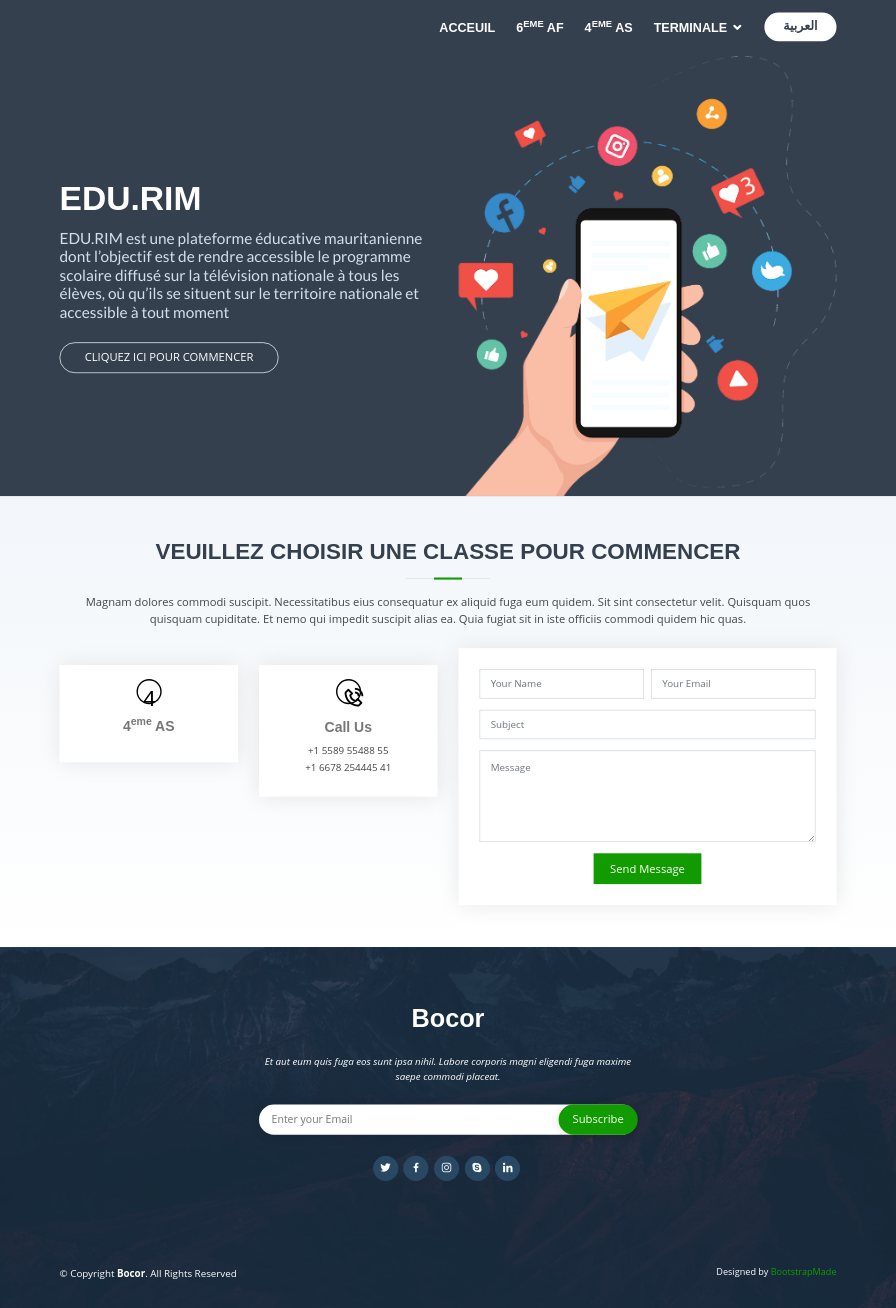
Repository: athiemohamed/courat
Page: http://localhost/
An editor plug-in stored every save of this project. The page is shown before and after the next save, followed by the edit.
The browser window is 1280 px wide. The pictures show the whole page, at 70% of full size.
Some web fonts or font styles are not loaded; a fallback is used. The page is run by PHP 8.4 with error messages shown; the project is at /var/www/html/. Other server files are loaded and not shown.

Above is the page before, as saved 2020-03-26 12:59:43.

### assets/css/style.css
/*--------------------------------------------------------------
# General
--------------------------------------------------------------*/
body {
  font-family: "Open Sans", sans-serif;
  color: #444444;
}

a {
  color: #129b00;
}

a:hover {
  color: #129b00;
  text-decoration: none;
}

h1, h2, h3, h4, h5, h6 {
  font-family: "Raleway", sans-serif;
}

/*--------------------------------------------------------------
# Back to top button
--------------------------------------------------------------*/
.back-to-top {
  position: fixed;
  display: none;
  width: 40px;
  height: 40px;
  border-radius: 50px;
  right: 15px;
  bottom: 15px;
  background: #129b00;
  color: #fff;
  transition: display 0.5s ease-in-out;
  z-index: 99999;
  transition: all ease-in-out 0.3s;
}

.back-to-top i {
  font-size: 24px;
  position: absolute;
  top: 8px;
  left: 8px;
}

.back-to-top:hover {
  color: #fff;
  background: #129b00;
}

/*--------------------------------------------------------------
# Header
--------------------------------------------------------------*/
#header {
  height: 80px;
  transition: all 0.5s;
  z-index: 997;
  transition: all 0.5s;
  padding: 16px 0;
  background: #35404f;
}

#header .logo h1 {
  font-size: 24px;
  margin: 0;
  padding: 10px 0;
  line-height: 1;
  font-weight: 700;
  letter-spacing: 3px;
  text-transform: uppercase;
  font-family: "Poppins", sans-serif;
}

#header .logo h1 a, #header .logo h1 a:hover {
  color: #fff;
  text-decoration: none;
}

#header .logo h1 a span, #header .logo h1 a:hover span {
  color: #129b00;
}

#header .logo img {
  padding: 0;
  margin: 0;
  max-height: 40px;
}

/*--------------------------------------------------------------
# Navigation Menu
--------------------------------------------------------------*/
/* Desktop Navigation */
.nav-menu, .nav-menu * {
  margin: 0;
  padding: 0;
  list-style: none;
}

.nav-menu > ul > li {
  position: relative;
  white-space: nowrap;
  float: left;
}

.nav-menu ul {
  border-radius: 6px;
}

.nav-menu a {
  display: block;
  position: relative;
  color: #fff;
  font-weight: bold;
  padding: 10px 15px;
  transition: 0.3s;
  font-size: 18px;
  font-family: 'Cairo', sans-serif;
  font-weight: bold;
}

.nav-menu a:hover, .nav-menu .active > a, .nav-menu li:hover > a {
  color: #fff;
  text-decoration: none;
}

.nav-menu .get-started a {
  background: #fff;
  font-size: 18px;
  font-family: 'Cairo', sans-serif;
  color: #35404f;
  border-radius: 50px;
  margin: 2px 0 0 15px;
  padding: 4px 25px 6px 25px;
  border: 2px solid #fff;
}

.nav-menu .get-started a:hover {
  background: #35404f;
  color: #fff;
  border: 1px solid #fff;
}

.nav-menu .drop-down ul {
  display: block;
  position: absolute;
  left: 0;
  top: calc(100% - 30px);
  z-index: 99;
  opacity: 0;
  visibility: hidden;
  padding: 10px 0;
  background: #fff;
  box-shadow: 0px 0px 30px rgba(127, 137, 161, 0.25);
  transition: ease all 0.3s;
}

.nav-menu .drop-down:hover > ul {
  opacity: 1;
  top: 100%;
  visibility: visible;
}

.nav-menu .drop-down li {
  min-width: 180px;
  position: relative;
}

.nav-menu .drop-down ul a {
  padding: 10px 20px;
  font-size: 14px;
  font-weight: 500;
  text-transform: none;
  color: #35404f;
}

.nav-menu .drop-down ul a:hover, .nav-menu .drop-down ul .active > a, .nav-menu .drop-down ul li:hover > a {
  color: #129b00;
}

.nav-menu .drop-down > a:after {
  content: "\ea99";
  font-family: IcoFont;
  padding-left: 5px;
}

.nav-menu .drop-down .drop-down ul {
  top: 0;
  left: calc(100% - 30px);
}

.nav-menu .drop-down .drop-down:hover > ul {
  opacity: 1;
  top: 0;
  left: 100%;
}

.nav-menu .drop-down .drop-down > a {
  padding-right: 35px;
}

.nav-menu .drop-down .drop-down > a:after {
  content: "\eaa0";
  font-family: IcoFont;
  position: absolute;
  right: 15px;
}

@media (max-width: 1366px) {
  .nav-menu .drop-down .drop-down ul {
    left: -90%;
  }
  .nav-menu .drop-down .drop-down:hover > ul {
    left: -100%;
  }
  .nav-menu .drop-down .drop-down > a:after {
    content: "\ea9d";
  }
}

/* Mobile Navigation */
.mobile-nav-toggle {
  position: fixed;
  right: 15px;
  top: 15px;
  z-index: 9998;
  border: 0;
  background: none;
  font-size: 24px;
  transition: all 0.4s;
  outline: none !important;
  line-height: 1;
  cursor: pointer;
  text-align: right;
}

.mobile-nav-toggle i {
  color: #fff;
}

.mobile-nav {
  position: fixed;
  top: 55px;
  right: 15px;
  bottom: 15px;
  left: 15px;
  z-index: 9999;
  overflow-y: auto;
  background: #fff;
  transition: ease-in-out 0.2s;
  opacity: 0;
  visibility: hidden;
  border-radius: 10px;
  padding: 10px 0;
}

.mobile-nav * {
  margin: 0;
  padding: 0;
  list-style: none;
}

.mobile-nav a {
  display: block;
  position: relative;
  color: #35404f;
  text-align: center;
  font-family: 'Cairo', sans-serif;
  font-weight: bold;
  padding: 10px 20px;
  outline: none;
  transition: 0.3s;
}

.mobile-nav a:hover, .mobile-nav .active > a, .mobile-nav li:hover > a {
  color: #129b00;
  text-decoration: none;
}

.mobile-nav .drop-down > a:after {
  content: "\ea99";
  font-family: IcoFont;
  padding-left: 10px;
  position: absolute;
  right: 15px;
}

.mobile-nav .active.drop-down > a:after {
  content: "\eaa1";
}

.mobile-nav .drop-down > a {
  text-align: center;
  font-family: 'Cairo', sans-serif;
  font-weight: bold;
}

.mobile-nav .drop-down ul {
  display: none;
  overflow: hidden;
}

.mobile-nav .drop-down li {
  text-align: center;
  font-family: 'Cairo', sans-serif;
}

.mobile-nav .get-started a {
  background: #35404f;
  color: #fff;
  font-family: 'Cairo', sans-serif;
  border-radius: 50px;
  margin: 15px;
  padding: 8px 25px 10px 25px;
  text-align: center;
}

.mobile-nav .get-started a:hover {
  background: #fff;
  color: #35404f;
  border: 1px solid #35404f;
}

.mobile-nav-overly {
  width: 100%;
  height: 100%;
  z-index: 9997;
  top: 0;
  left: 0;
  position: fixed;
  background: rgba(18, 33, 46, 0.6);
  overflow: hidden;
  display: none;
  transition: ease-in-out 0.2s;
}

.mobile-nav-active {
  overflow: hidden;
}

.mobile-nav-active .mobile-nav {
  opacity: 1;
  visibility: visible;
}

.mobile-nav-active .mobile-nav-toggle i {
  color: #fff;
}

/*--------------------------------------------------------------
# Hero Section
--------------------------------------------------------------*/
#hero {
  width: 100%;
  padding: 0 0 0 0;
  background: #35404f;
  background: linear-gradient(180deg, #35404f 0%, #35404f 35%, #35404f 100%);
}

#hero h1 {
  margin: 0 0 15px 0;
  font-size: 48px;
  font-weight: 700;
  line-height: 56px;
  color: #fff;
  font-family: "Cairo", sans-serif;
}

#hero h2 {
  font-family: 'Lato', sans-serif;
  color: #d2e0ed;
  margin-bottom: 30px;
  font-size: 22px;
}

#hero .btn-get-started {
  color: #fff;
  border-radius: 50px;
  padding: 8px 35px 10px 35px;
  border: 1px solid #fff;
  transition: all ease-in-out 0.3s;
  display: inline-block;
  background: #35404f;
}

#hero .btn-get-started:hover {
  background: #fff;
  color: #35404f;
}

@media (max-width: 991px) {
  #hero .hero-img {
    text-align: center;
  }
  #hero .hero-img img {
    width: 50%;
  }
}

@media (max-width: 768px) {
  #hero {
    -moz-text-align-last: center;
    text-align-last: center;
  }
  #hero h1 {
    font-size: 28px;
    line-height: 36px;
  }
  #hero h2 {
    font-size: 18px;
    line-height: 24px;
    margin-bottom: 30px;
  }
  #hero .hero-img img {
    width: 70%;
  }
}

@media (max-width: 575px) {
  #hero .hero-img img {
    width: 80%;
  }
}

/*--------------------------------------------------------------
# Sections General
--------------------------------------------------------------*/
section {
  padding: 60px 0;
  overflow: hidden;
}

.section-bg {
  background: linear-gradient(180deg, #f2f6fa 0%, #fff 100%);
}

.section-title {
  text-align: center;
  padding-bottom: 30px;
}

.section-title h2 {
  font-size: 32px;
  font-weight: 600;
  text-transform: uppercase;
  margin-bottom: 20px;
  padding-bottom: 20px;
  position: relative;
  font-family: "Poppins", sans-serif;
  color: #35404f;
}

.section-title h2::before {
  content: '';
  position: absolute;
  display: block;
  width: 120px;
  height: 1px;
  background: #ddd;
  bottom: 1px;
  left: calc(50% - 60px);
}

.section-title h2::after {
  content: '';
  position: absolute;
  display: block;
  width: 40px;
  height: 3px;
  background: #129b00;
  bottom: 0;
  left: calc(50% - 20px);
}

.section-title p {
  margin-bottom: 0;
}

/*--------------------------------------------------------------
# Clients
--------------------------------------------------------------*/
.clients {
  padding: 0;
}

.clients .client-logo {
  display: flex;
  justify-content: center;
  align-items: center;
  overflow: hidden;
  height: 120px;
}

.clients .client-logo img {
  height: 40px;
}

.clients .client-logo:hover img {
  transform: scale(1.2);
}

.clients img {
  transition: all 0.4s ease-in-out;
}

/*--------------------------------------------------------------
# About
--------------------------------------------------------------*/
.about .content {
  padding: 30px 0;
}

.about .content h3 {
  font-weight: 700;
  font-size: 34px;
  color: #35404f;
}

.about .content p {
  margin-bottom: 0;
}

.about .content .icon-box {
  margin-top: 25px;
}

.about .content .icon-box h4 {
  font-size: 20px;
  font-weight: 700;
  margin: 5px 0 10px 60px;
  color: #35404f;
}

.about .content .icon-box h4 a {
  color: #35404f;
  transition: 0.3s;
}

.about .content .icon-box h4 a:hover {
  color: #129b00;
}

.about .content .icon-box i {
  font-size: 48px;
  float: left;
  color: #129b00;
}

.about .content .icon-box p {
  font-size: 15px;
  color: #848484;
  margin-left: 60px;
}

.about .image {
  background: url("../img/about.jpg") center center no-repeat;
  background-size: cover;
  min-height: 400px;
}

@media (max-width: 667px) {
  .about .image img {
    max-width: 100%;
  }
}

/*--------------------------------------------------------------
# Services
--------------------------------------------------------------*/
.services {
  padding-bottom: 40px;
}

.services .card {
  border: 0;
  padding: 0 30px;
  margin-bottom: 60px;
  position: relative;
  background: transparent;
}

.services .card-img {
  width: calc(100% + 60px);
  margin-left: -30px;
  overflow: hidden;
  z-index: 9;
  border-radius: 0;
}

.services .card-img img {
  max-width: 100%;
  transition: all 0.3s ease-in-out;
}

.services .card-body {
  z-index: 10;
  background: #fff;
  border-top: 4px solid #fff;
  padding: 30px;
  box-shadow: 0px 2px 15px rgba(0, 0, 0, 0.1);
  margin-top: -60px;
  transition: 0.3s;
}

.services .card-title {
  font-weight: 700;
  text-align: center;
  margin-bottom: 20px;
}

.services .card-title a {
  color: #35404f;
  transition: 0.3s;
}

.services .card-text {
  color: #5e5e5e;
}

.services .read-more a {
  color: #777777;
  text-transform: uppercase;
  font-weight: 600;
  font-size: 12px;
  transition: 0.3s;
}

.services .read-more a:hover {
  color: #129b00;
}

.services .card:hover img {
  transform: scale(1.1);
}

.services .card:hover .card-body {
  border-color: #129b00;
}

.services .card:hover .card-body .card-title a {
  color: #129b00;
}

/*--------------------------------------------------------------
# Features
--------------------------------------------------------------*/
.features .content + .content {
  margin-top: 100px;
}

.features .content h3 {
  font-weight: 700;
  font-size: 26px;
  color: #35404f;
}

.features .content ul {
  list-style: none;
  padding: 0;
}

.features .content ul li {
  padding-bottom: 10px;
}

.features .content ul i {
  font-size: 20px;
  padding-right: 4px;
  color: #129b00;
}

.features .content p:last-child {
  margin-bottom: 0;
}

/*--------------------------------------------------------------
# Portfolio
--------------------------------------------------------------*/
.portfolio .portfolio-item {
  margin-bottom: 30px;
}

.portfolio #portfolio-flters {
  padding: 0;
  margin: 0 0 35px 0;
  list-style: none;
  text-align: center;
}

.portfolio #portfolio-flters li {
  cursor: pointer;
  margin: 0 5px 5px 0;
  display: inline-block;
  padding: 10px 15px;
  font-size: 16px;
  font-weight: 600;
  line-height: 20px;
  color: #444444;
  margin-bottom: 5px;
  transition: all 0.3s ease-in-out;
}

.portfolio #portfolio-flters li:hover, .portfolio #portfolio-flters li.filter-active {
  color: #129b00;
}

.portfolio #portfolio-flters li:last-child {
  margin-right: 0;
}

.portfolio .portfolio-wrap {
  transition: 0.3s;
  position: relative;
  overflow: hidden;
  border-radius: 8px;
  z-index: 1;
}

.portfolio .portfolio-wrap::before {
  content: "";
  background: rgba(33, 59, 82, 0.6);
  position: absolute;
  left: 100%;
  right: 0;
  top: 0;
  bottom: 0;
  transition: all ease-in-out 0.3s;
  z-index: 2;
}

.portfolio .portfolio-wrap img {
  transition: 0.3s;
}

.portfolio .portfolio-wrap .portfolio-links {
  opacity: 0;
  left: 0;
  right: 0;
  top: calc(50% - 36px);
  text-align: center;
  z-index: 3;
  position: absolute;
  transition: all ease-in-out 0.3s;
}

.portfolio .portfolio-wrap .portfolio-links a {
  color: #129b00;
  font-size: 24px;
  line-height: 1;
  text-align: center;
  width: 36px;
  height: 36px;
  display: inline-block;
  transition: 0.3s;
}

.portfolio .portfolio-wrap .portfolio-links a:hover {
  color: #fff;
}

.portfolio .portfolio-wrap .portfolio-info {
  opacity: 0;
  position: absolute;
  bottom: -20px;
  left: 0;
  right: 0;
  text-align: center;
  z-index: 3;
  transition: all ease-in-out 0.3s;
}

.portfolio .portfolio-wrap .portfolio-info h4 {
  font-size: 20px;
  color: #fff;
  font-weight: 600;
}

.portfolio .portfolio-wrap .portfolio-info p {
  color: #ffffff;
  font-size: 14px;
  text-transform: uppercase;
}

.portfolio .portfolio-wrap:hover::before {
  left: 0;
}

.portfolio .portfolio-wrap:hover .portfolio-links {
  opacity: 1;
  top: calc(50% - 18px);
}

.portfolio .portfolio-wrap:hover .portfolio-info {
  opacity: 1;
  bottom: 0;
}

/*--------------------------------------------------------------
# Team
--------------------------------------------------------------*/
.team .member {
  text-align: center;
  margin-bottom: 20px;
}

.team .member .pic {
  margin-bottom: 15px;
  overflow: hidden;
  min-height: 260px;
}

.team .member .pic img {
  max-width: 100%;
}

.team .member h4 {
  font-weight: 700;
  margin-bottom: 2px;
  font-size: 18px;
  color: #35404f;
}

.team .member span {
  font-style: italic;
  display: block;
  font-size: 13px;
}

.team .member .social {
  margin-top: 15px;
}

.team .member .social a {
  color: #5289ba;
  transition: 0.3s;
}

.team .member .social a:hover {
  color: #129b00;
}

.team .member .social i {
  font-size: 18px;
  margin: 0 2px;
}

/*--------------------------------------------------------------
# Pricing
--------------------------------------------------------------*/
.pricing .row {
  padding-top: 40px;
}

.pricing .box {
  padding: 40px;
  margin-bottom: 30px;
  box-shadow: 0px 0px 30px rgba(73, 78, 92, 0.15);
  background: #fff;
  text-align: center;
  position: relative;
}

.pricing .featured-badge {
  display: inline-block;
  position: absolute;
  top: -11px;
  left: calc(50% - 49px);
  background: #129b00;
  color: #fff;
  text-align: center;
  line-height: 1;
  border-radius: 50px;
  padding: 4px 20px 5px 20px;
  font-size: 12px;
  text-transform: uppercase;
}

.pricing h3 {
  font-weight: 300;
  margin-bottom: 15px;
  font-size: 28px;
}

.pricing h4 {
  font-size: 46px;
  color: #129b00;
  font-weight: 400;
  font-family: "Open Sans", sans-serif;
  margin-bottom: 25px;
}

.pricing h4 span {
  color: #bababa;
  font-size: 18px;
  display: block;
}

.pricing ul {
  padding: 0;
  list-style: none;
  color: #999;
  text-align: left;
  line-height: 20px;
}

.pricing ul li {
  padding-bottom: 12px;
}

.pricing ul i {
  color: #129b00;
  font-size: 18px;
  padding-right: 4px;
}

.pricing ul .na {
  color: #ccc;
}

.pricing ul .na i {
  color: #ccc;
}

.pricing ul .na span {
  text-decoration: line-through;
}

.pricing .get-started-btn {
  background: #35404f;
  display: inline-block;
  padding: 6px 30px;
  border-radius: 20px;
  color: #fff;
  transition: none;
  font-size: 14px;
  font-weight: 400;
  font-family: "Raleway", sans-serif;
  transition: 0.3s;
}

.pricing .get-started-btn:hover {
  background: #129b00;
}

.pricing .featured {
  z-index: 10;
  margin: -30px -5px 0 -5px;
  border: 1px solid #129b00;
}

.pricing .featured .get-started-btn {
  background: #129b00;
}

.pricing .featured .get-started-btn:hover {
  background: #fdcd5c;
}

@media (max-width: 992px) {
  .pricing .box {
    max-width: 60%;
    margin: 0 auto 30px auto;
  }
}

@media (max-width: 767px) {
  .pricing .box {
    max-width: 80%;
    margin: 0 auto 30px auto;
  }
}

@media (max-width: 420px) {
  .pricing .box {
    max-width: 100%;
    margin: 0 auto 30px auto;
  }
}

/*--------------------------------------------------------------
# Frequently Asked Questions
--------------------------------------------------------------*/
.faq .faq-item {
  margin: 20px 0;
  padding: 20px 0;
  border-bottom: 1px solid #dde8f1;
}

.faq .faq-item i {
  color: #9bbbd7;
  font-size: 20px;
  float: left;
  line-height: 0;
  padding: 13px 0 0 0;
  margin: 0;
}

.faq .faq-item h4 {
  font-size: 16px;
  line-height: 26px;
  font-weight: 500;
  margin: 0 0 10px 28px;
  font-family: "Poppins", sans-serif;
}

.faq .faq-item p {
  font-size: 15px;
}

/*--------------------------------------------------------------
# Contact
--------------------------------------------------------------*/
.contact .info-box {
  color: #444444;
  text-align: center;
  box-shadow: 0 0 30px rgba(214, 215, 216, 0.6);
  padding: 20px 0 30px 0;
  background: #fff;
}

.contact .info-box i {
    border-radius: 50%;
    behavior: url(PIE.htc); /* remove if you don't care about IE8 */
    width: 36px;
    height: 36px;
    padding: 8px;
    background: #fff;
    border: 2px solid black;
    color: black;
    text-align: center;
    font: 32px Arial, sans-serif;
    display: inline-block;
}

.contact .info-box h3 {
  font-size: 20px;
  color: #777777;
  font-weight: 700;
  margin: 10px 0;
}

.contact .info-box p {
  padding: 0;
  line-height: 24px;
  font-size: 14px;
  margin-bottom: 0;
}

.contact .php-email-form {
  box-shadow: 0 0 30px rgba(214, 215, 216, 0.6);
  padding: 30px;
  background: #fff;
}

.contact .php-email-form .validate {
  display: none;
  color: red;
  margin: 0 0 15px 0;
  font-weight: 400;
  font-size: 13px;
}

.contact .php-email-form .error-message {
  display: none;
  color: #fff;
  background: #ed3c0d;
  text-align: center;
  padding: 15px;
  font-weight: 600;
}

.contact .php-email-form .sent-message {
  display: none;
  color: #fff;
  background: #18d26e;
  text-align: center;
  padding: 15px;
  font-weight: 600;
}

.contact .php-email-form .loading {
  display: none;
  background: #fff;
  text-align: center;
  padding: 15px;
}

.contact .php-email-form .loading:before {
  content: "";
  display: inline-block;
  border-radius: 50%;
  width: 24px;
  height: 24px;
  margin: 0 10px -6px 0;
  border: 3px solid #18d26e;
  border-top-color: #eee;
  -webkit-animation: animate-loading 1s linear infinite;
  animation: animate-loading 1s linear infinite;
}

.contact .php-email-form input, .contact .php-email-form textarea {
  border-radius: 0;
  box-shadow: none;
  font-size: 14px;
}

.contact .php-email-form input::focus, .contact .php-email-form textarea::focus {
  background-color: #129b00;
}

.contact .php-email-form input {
  padding: 20px 15px;
}

.contact .php-email-form textarea {
  padding: 12px 15px;
}

.contact .php-email-form button[type="submit"] {
  background: #129b00;
  border: 0;
  padding: 10px 24px;
  color: #fff;
  transition: 0.4s;
}

.contact .php-email-form button[type="submit"]:hover {
  background: #fdd067;
}

@-webkit-keyframes animate-loading {
  0% {
    transform: rotate(0deg);
  }
  100% {
    transform: rotate(360deg);
  }
}

@keyframes animate-loading {
  0% {
    transform: rotate(0deg);
  }
  100% {
    transform: rotate(360deg);
  }
}

/*--------------------------------------------------------------
# Footer
--------------------------------------------------------------*/
#footer {
  background: url("../img/footer-bg.jpg") center center no-repeat;
  color: #fff;
  font-size: 14px;
  position: relative;
}

#footer::before {
  content: "";
  position: absolute;
  left: 0;
  right: 0;
  top: 0;
  bottom: 0;
  background: rgba(26, 46, 64, 0.85);
  z-index: 1;
}

#footer .footer-top {
  position: relative;
  z-index: 2;
  text-align: center;
  padding: 80px 0;
}

#footer .footer-top h3 {
  font-size: 36px;
  font-weight: 700;
  color: #fff;
  position: relative;
  font-family: "Poppins", sans-serif;
  padding-bottom: 0;
  margin-bottom: 0;
}

#footer .footer-top p {
  font-size: 15;
  font-style: italic;
  margin: 30px 0 0 0;
  padding: 0;
}

#footer .footer-top .footer-newsletter {
  text-align: center;
  font-size: 15px;
  margin-top: 30px;
}

#footer .footer-top .footer-newsletter form {
  background: #fff;
  padding: 6px 10px;
  position: relative;
  border-radius: 50px;
  box-shadow: 0px 2px 15px rgba(0, 0, 0, 0.1);
  text-align: left;
}

#footer .footer-top .footer-newsletter form input[type="email"] {
  border: 0;
  padding: 4px 8px;
  width: calc(100% - 100px);
}

#footer .footer-top .footer-newsletter form input[type="submit"] {
  position: absolute;
  top: 0;
  right: -1px;
  bottom: 0;
  border: 0;
  background: none;
  font-size: 16px;
  padding: 0 20px;
  background: #129b00;
  color: #fff;
  transition: 0.3s;
  border-radius: 50px;
  box-shadow: 0px 2px 15px rgba(0, 0, 0, 0.1);
}

#footer .footer-top .footer-newsletter form input[type="submit"]:hover {
  background: #fcb102;
}

#footer .footer-top .social-links {
  margin-top: 30px;
}

#footer .footer-top .social-links a {
  font-size: 18px;
  display: inline-block;
  background: #284864;
  color: #fff;
  line-height: 1;
  padding: 8px 0;
  margin-right: 4px;
  border-radius: 50%;
  text-align: center;
  width: 36px;
  height: 36px;
  transition: 0.3s;
}

#footer .footer-top .social-links a:hover {
  background: #fcb102;
  color: #fff;
  text-decoration: none;
}

#footer .footer-bottom {
  border-top: 1px solid #1a2e40;
  z-index: 2;
  position: relative;
  padding-top: 40px;
  padding-bottom: 40px;
}

#footer .copyright {
  text-align: center;
  float: left;
}

#footer .credits {
  float: right;
  text-align: center;
  font-size: 13px;
}

@media (max-width: 768px) {
  #footer .copyright, #footer .credits {
    padding: 5px;
    float: none;
    text-align: ceneter;
  }
}









/* CUSTOM */
.rounded-number {
  border-radius: 50%;
  behavior: url(PIE.htc); /* remove if you don't care about IE8 */
  width: 36px;
  height: 36px;
  padding: 8px;
  background: #fff;
  border: 2px solid black;
  color: black;
  text-align: center;
  font: 32px Arial, sans-serif;
  display: inline-block;
}

Loaded but not shown: assets/js/main.js (117 lines, source omitted); index.php (269 lines, source omitted)

After the next save:
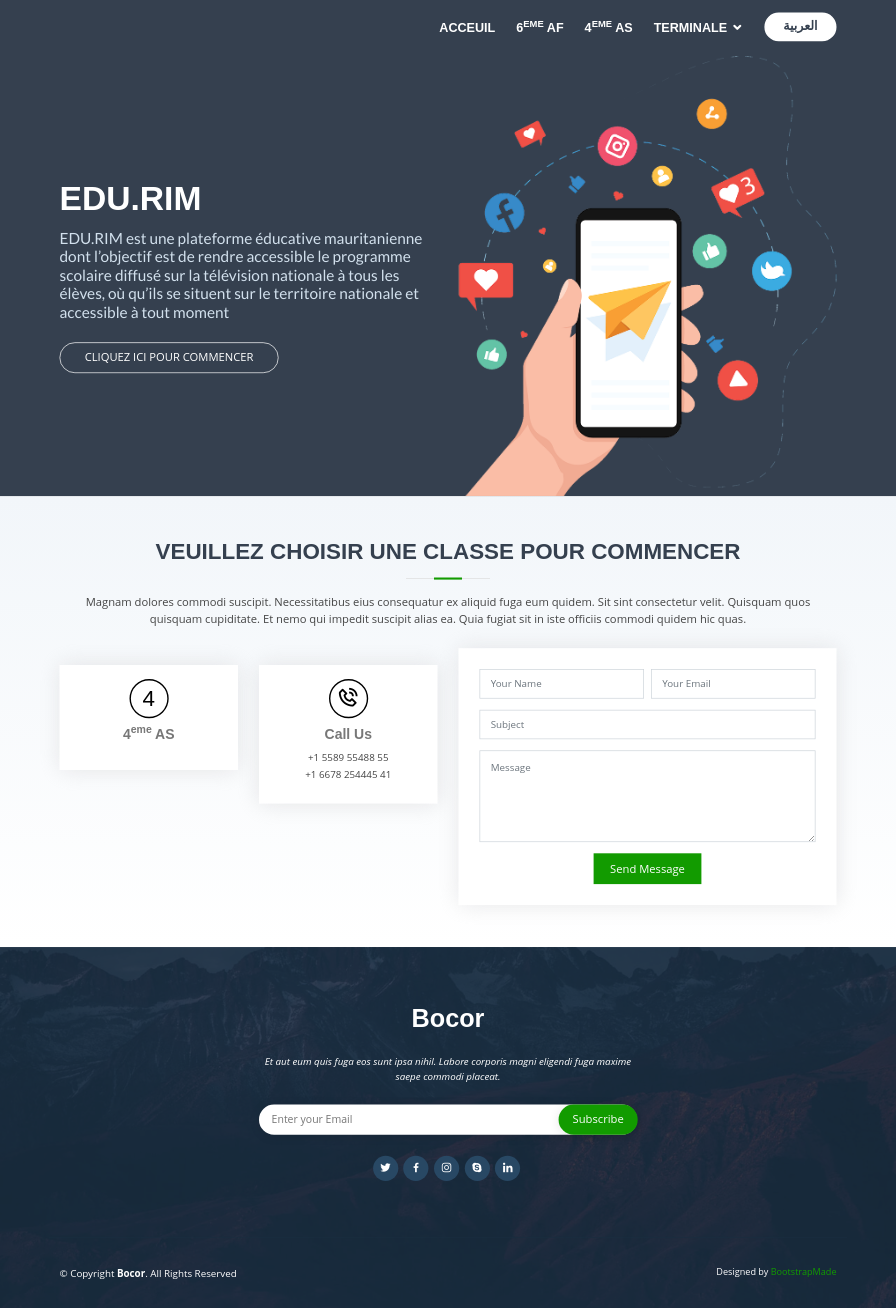
Saved 15 s later.
--- a/assets/css/style.css
+++ b/assets/css/style.css
@@ -1021,8 +1021,8 @@ section {
 .contact .info-box i {
     border-radius: 50%;
     behavior: url(PIE.htc); /* remove if you don't care about IE8 */
-    width: 36px;
-    height: 36px;
+    width: 56px;
+    height: 56px;
     padding: 8px;
     background: #fff;
     border: 2px solid black;
